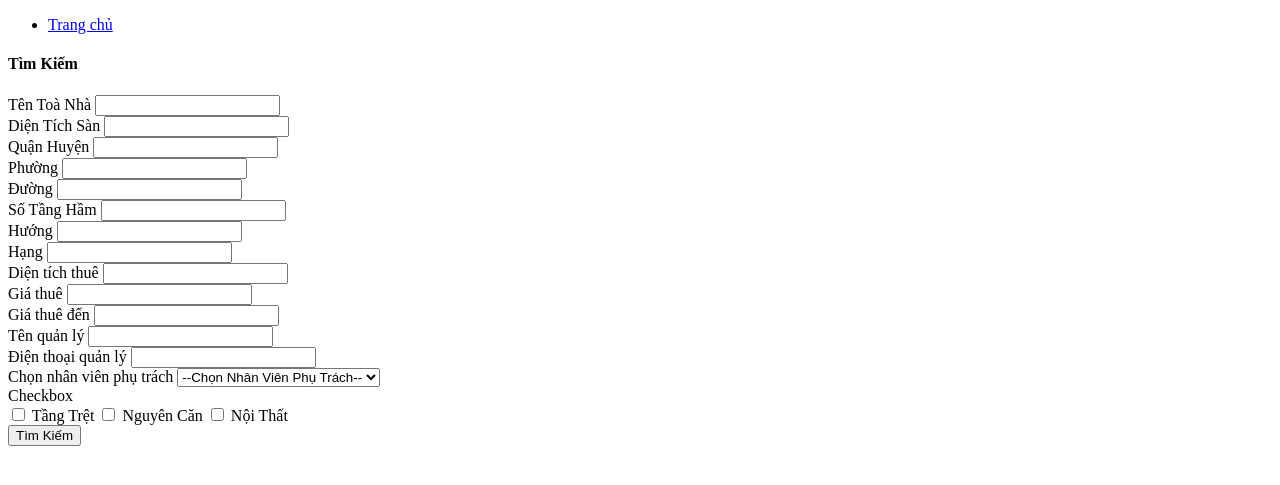
Repository: LeQuangBao0126/jspservlet122019_bao
Page: http://localhost/jspservletHUHUHU/views/admin/building/edit.jsp
These files come from the project's save history. The page is drawn as it stood at one moment and after the next save; the edit follows.
The browser window is 1280 px wide. The pictures show the whole page.
The page is served by Tomcat 9. Nobody is signed in. The application's start-up code is not run.

Above is the page before, as saved 2020-03-19 02:59:25.

After the next save:
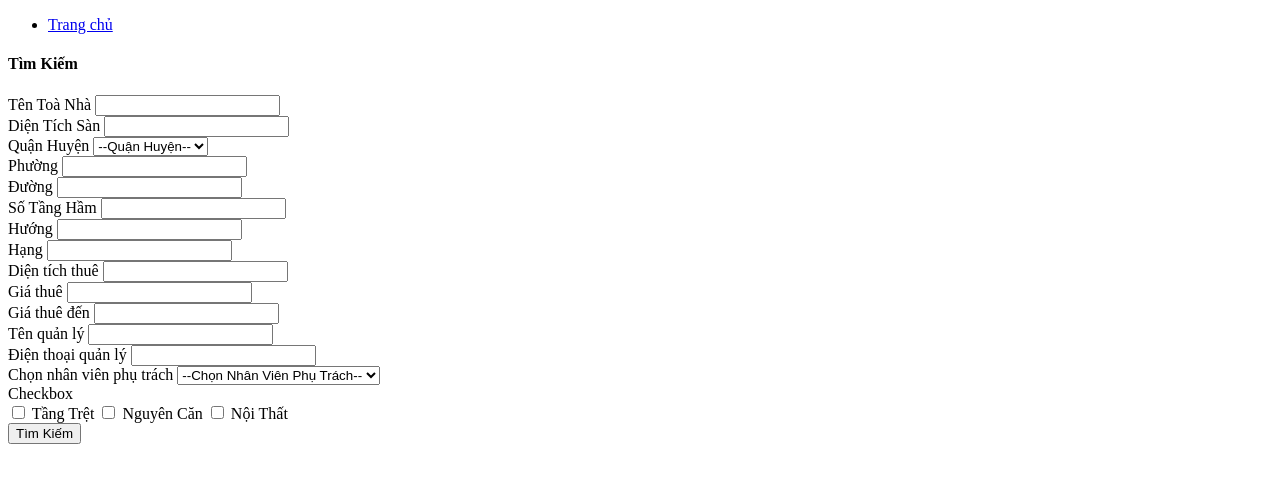
Saved 10 min 35 s later.
--- a/jspservletHUHUHU/src/main/webapp/views/admin/building/edit.jsp
+++ b/jspservletHUHUHU/src/main/webapp/views/admin/building/edit.jsp
@@ -47,7 +47,12 @@
                                                 </div>
                                                 <div class="col-sm-4">
                                                     <label for="">Quận Huyện</label>
-                                                    <input type="text" id="district" class="form-control" />
+	                                         		<select class="form-control" id="form-field-select-1">
+													<option value="">--Quận Huyện--</option>
+													<option value="a">aa</option>
+													<option value="b">bb</option>
+													<option value="c">cc</option>
+													</select>
                                                 </div>
                                                 <div class="col-sm-4">
                                                     <label for="">Phường</label>
